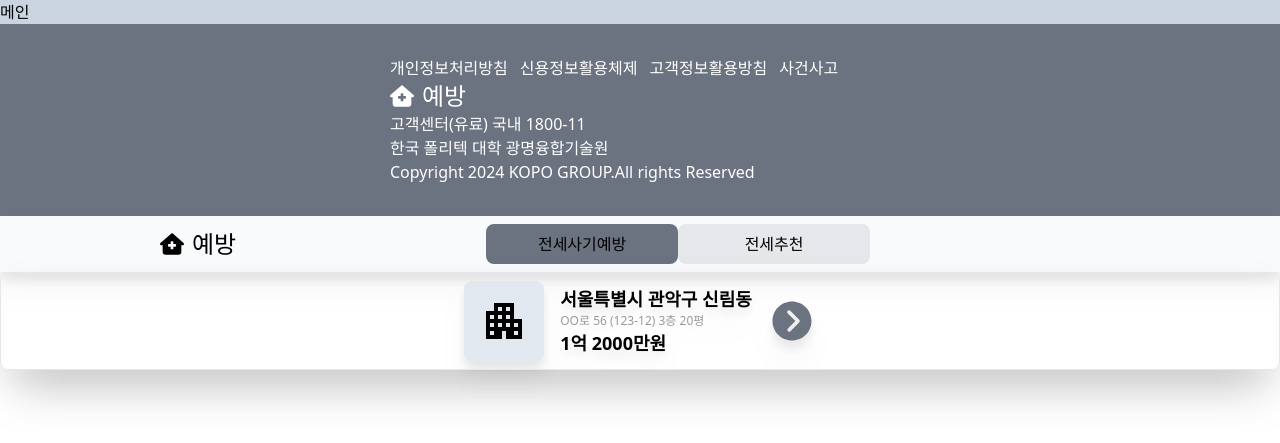
Repository: hanaTI-team-1/frontend
Page: /
The author's editor kept a copy of each file at every save. The page is drawn from the files as they stood at one save, then again after the next save.
The browser window is 1280 px wide. The pictures show the whole page.
The project was rebuilt for these pictures with package versions that can differ from the ones it lists, and the page was loaded fresh each time. Also part of the build but not shown: vite.config.js, src/App.css, src/components/Recommend.jsx, src/components/Protect.jsx.

Above is the page before, as saved 2024-07-11 21:40:15.

### src/App.jsx
import { Route, Routes } from "react-router-dom";
import "./App.css";
import Main from "./components/Main";
import Recommend from "./components/Recommend";
import Protect from "./components/Protect";

function App() {
  return (
    <>
      <Routes>
        <Route path="/" element={<Main />} />
        <Route path="/protect" element={<Protect />} />
        <Route path="/recommend" element={<Recommend />} />
      </Routes>
    </>
  );
}

export default App;

### src/components/Main.jsx
import { Footer } from './Footer';
import { Header } from './Header';
import { JeonseCard } from './JeonseCard';

export default function Main() {
  return (
    <>
      <div className="bg-slate-300">메인</div>
      <Footer />
      <Header />
      <ul>
        <JeonseCard address1={"서울특별시 관악구 신림동"} address2={"OO로 56 (123-12) 3층 20평"} price={"1억 2000만원"}/>
      </ul>
    </>
  );
}

### src/components/Footer.jsx
import { Logo } from './Logo'

export const Footer = () => {
  return <footer className='h-48 flex items-center justify-center bg-gray-500 text-white'>
    <div className='min-w-[500px]'>
      <nav>
        <ul className='flex gap-3'>
          <li className='cursor-pointer'>개인정보처리방침</li>
          <li className='cursor-pointer'>신용정보활용체제</li>
          <li className='cursor-pointer'>고객정보활용방침</li>
          <li className='cursor-pointer'>사건사고</li>
        </ul>
      </nav>
      <div><Logo /></div>
      <div>고객센터(유료) 국내 1800-11</div>
      <div>한국 폴리텍 대학 광명융합기술원</div>
      <div>Copyright 2024 KOPO GROUP.All rights Reserved</div>
    </div>
  </footer>
}

### src/components/Header.jsx
import { Logo } from './Logo'
import { Link } from 'react-router-dom'

export const Header = () => {
  return <header className='bg-slate-50 xl:px-40 flex w-full h-14 items-center justify-between drop-shadow-xl'>
    <Logo />
    <nav className='flex'>
      {/* 클릭하면 /proctect로 이동 */}
      <Link to={"/protect"}
        className='h-10 leading-10 rounded-lg bg-gray-500 text-center w-48 cursor-pointer hover:bg-gray-600 hover:rounded-full duration-150'
      >
        전세사기예방
      </Link>
      {/* 클릭하면 /로 이동 */}
      <Link to={"/recommend"}
        className='h-10 leading-10 rounded-lg bg-gray-200 text-center w-48 cursor-pointer hover:bg-gray-300 hover:rounded-full duration-150'
      >
        전세추천
      </Link>
    </nav>
    <div />
  </header>

}

### src/components/JeonseCard.jsx
import { IoIosArrowDroprightCircle } from 'react-icons/io'
import { MdApartment } from 'react-icons/md'

export const JeonseCard = ({address1, address2, price}) => {
  return <li className='flex gap-4 p-2 border shadow-2xl border drop-shadow-xl items-center justify-center cursor-pointer rounded-lg'>
    {/* right box */}
      <div className='flex gap-4 items-center'>
        {/* icon */}
        <div className='h-20 w-20 flex items-center justify-center bg-slate-200 rounded-lg'>
          <MdApartment size={48}/>
        </div>
        <div className='flex flex-col'>
          <span className='font-bold text-lg'>{address1}</span>
          <span className='text-xs opacity-40'>{address2}</span>
          <span className='font-bold text-lg'>{price}</span>
        </div>
        <div>
          <IoIosArrowDroprightCircle size={48} className='text-gray-500'/>
        </div>
      </div>
  </li>
}

### src/components/Logo.jsx
import { FaHouseMedical } from 'react-icons/fa6'
import { Link } from 'react-router-dom'

export const Logo = () => {
  return <Link to={"/"} className='flex items-center gap-2 cursor-pointer'>
    <FaHouseMedical size={24} />
    <span className='text-2xl'>예방</span>
  </Link>
}

Loaded but not shown: index.html (common file); src/main.jsx (common file); src/index.css (common file); tailwind.config.js (common file)

After the next save:
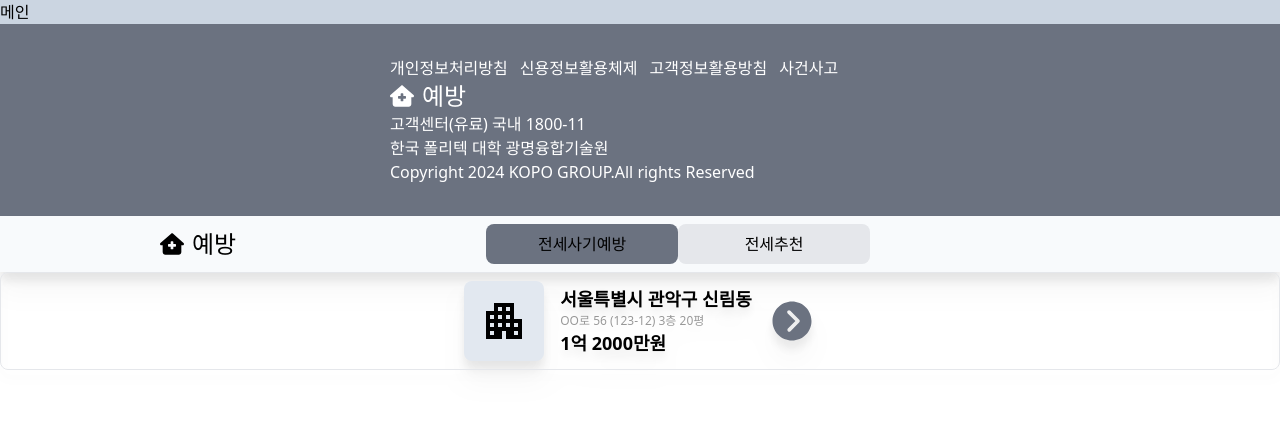
Saved 11 s later.
--- a/src/components/JeonseCard.jsx
+++ b/src/components/JeonseCard.jsx
@@ -2,7 +2,7 @@ import { IoIosArrowDroprightCircle } from 'react-icons/io'
 import { MdApartment } from 'react-icons/md'
 
 export const JeonseCard = ({address1, address2, price}) => {
-  return <li className='flex gap-4 p-2 border shadow-2xl border drop-shadow-xl items-center justify-center cursor-pointer rounded-lg'>
+  return <li className='flex gap-4 p-2 border drop-shadow-xl items-center justify-center cursor-pointer rounded-lg'>
     {/* right box */}
       <div className='flex gap-4 items-center'>
         {/* icon */}
